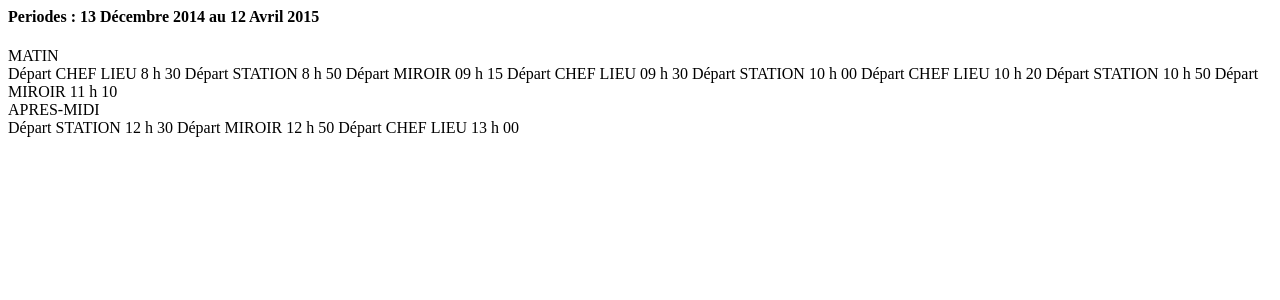
Repository: numericgraphics/Rosiere_Service
Page: www/templates/horaires.html
The author's editor kept a record of every edit. The page is drawn from the files as they stood at one moment, then again after the next edit.
The browser window is 1280 px wide. The pictures show the whole page.

Above is the page before.

### www/templates/horaires.html


<ion-view title="Horaires">
        <ion-content has-header="true" padding="true">

          <h4>Periodes : 13 Décembre 2014 au 12 Avril 2015 </h4>

          <div class="list">

          <div class="item item-divider">
            MATIN
          </div>

          <a class="item">
            Départ CHEF LIEU
            <span class="item-note">
              8 h 30
            </span>
          </a>

          <a class="item">
            Départ STATION
            <span class="item-note">
              8 h 50
            </span>
          </a>

          <a class="item">
            Départ MIROIR
            <span class="item-note">
              09 h 15
            </span>
          </a>

          <a class="item">
            Départ CHEF LIEU
            <span class="item-note">
              09 h 30
            </span>
          </a>

          <a class="item">
            Départ STATION
            <span class="item-note">
              10 h 00
            </span>
          </a>

          <a class="item">
            Départ CHEF LIEU
            <span class="item-note">
              10 h 20
            </span>
          </a>

          <a class="item">
            Départ STATION
            <span class="item-note">
              10 h 50
            </span>
          </a>

          <a class="item">
            Départ MIROIR
            <span class="item-note">
              11 h 10
            </span>
          </a>

          <div class="item item-divider">
            APRES-MIDI
          </div>

          <a class="item">
            Départ STATION
            <span class="item-note">
              12 h 30
            </span>
          </a>

          <a class="item">
            Départ MIROIR
            <span class="item-note">
              12 h 50
            </span>
          </a>

          <a class="item">
            Départ CHEF LIEU
            <span class="item-note">
              13 h 00
            </span>
          </a>

          </div>
        </ion-content>
      </ion-view>

After the next edit:
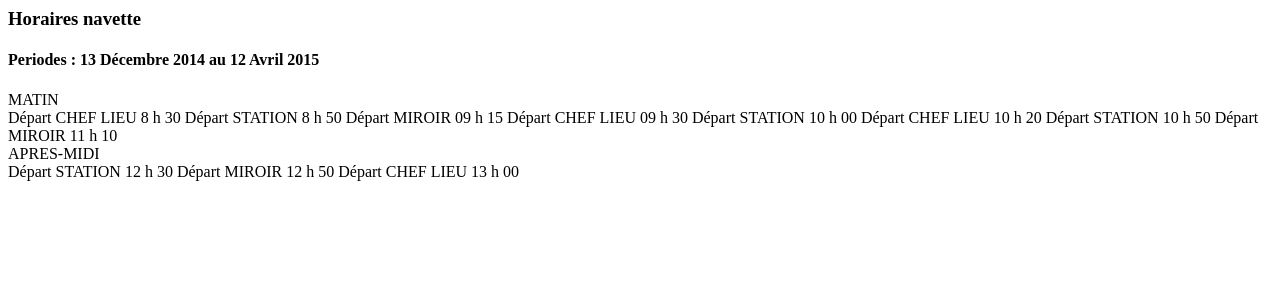
The edit:
--- a/www/templates/horaires.html
+++ b/www/templates/horaires.html
@@ -2,6 +2,8 @@
 
 <ion-view title="Horaires">
         <ion-content has-header="true" padding="true">
+
+        <h3 ><i class="icon ion-ios7-clockt"></i> Horaires navette</h3 >
 
           <h4>Periodes : 13 Décembre 2014 au 12 Avril 2015 </h4>
 
